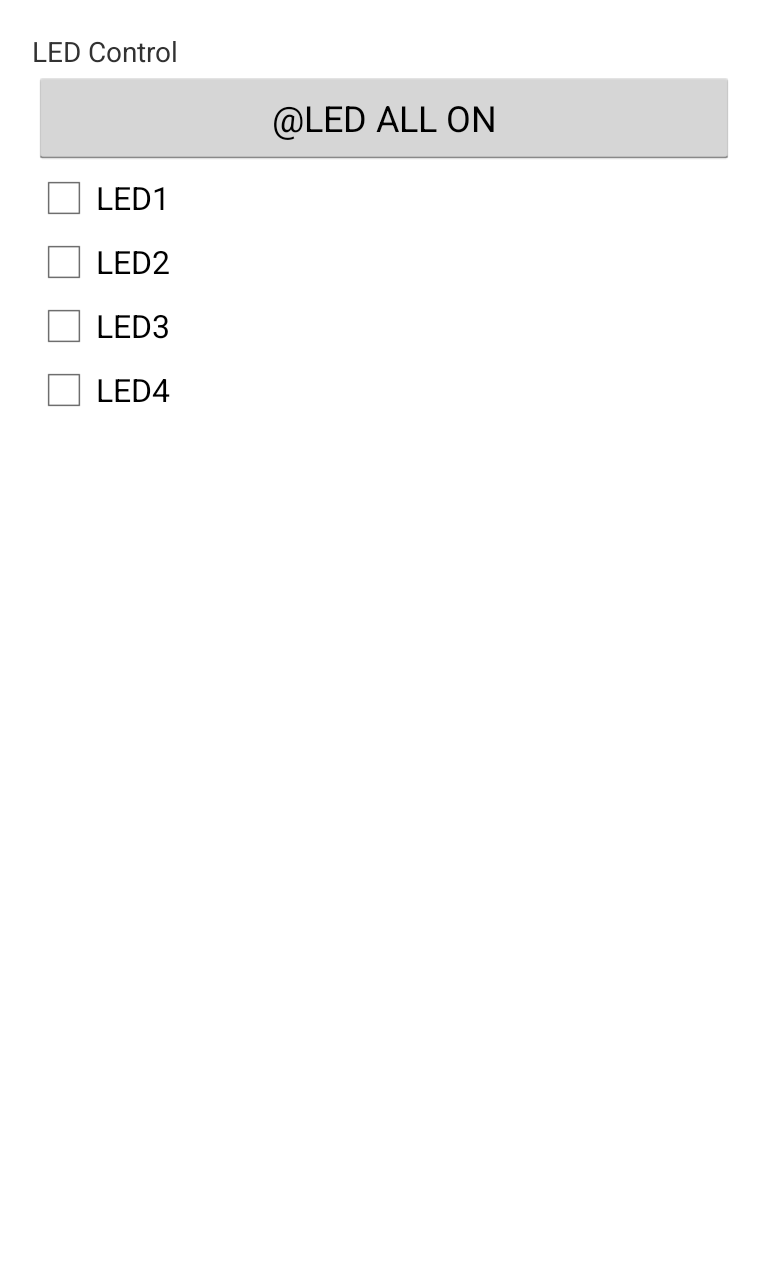
Repository: zgliuyang/android_study
Layout: LedCtrl/res/layout/activity_main.xml
An editor plug-in stored every save of this project. The layout is shown before and after the next save, followed by the edit.
It is drawn on a 768 x 1280 px phone screen (xhdpi) without system bars, with theme AppTheme; the app's code is not run.

Above is the layout before, as saved 2020-05-20 16:31:53.

After the next save:
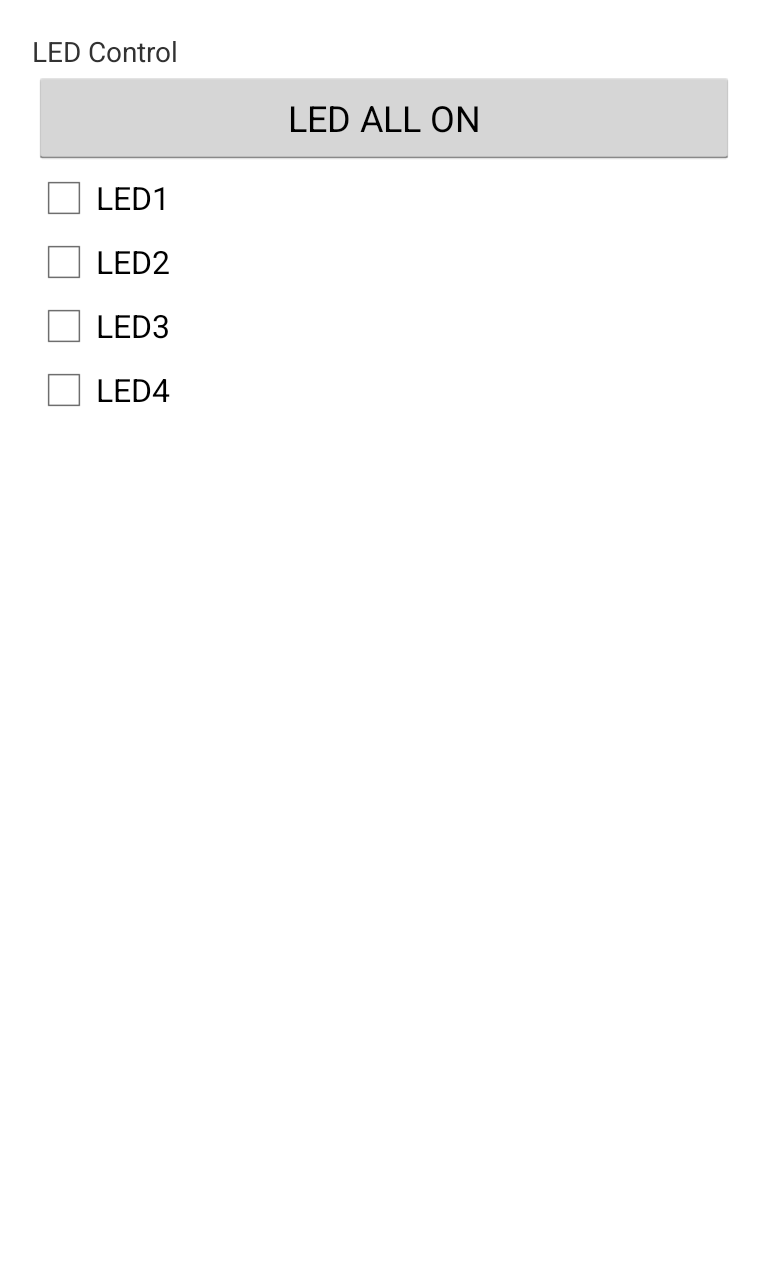
Saved 9 s later.
--- a/LedCtrl/res/layout/activity_main.xml
+++ b/LedCtrl/res/layout/activity_main.xml
@@ -16,7 +16,7 @@
     <Button
         android:layout_width="fill_parent"
         android:layout_height="wrap_content"
-        android:text="@LED ALL ON" />
+        android:text="LED ALL ON" />
     <CheckBox
         android:layout_width="fill_parent"
         android:layout_height="wrap_content"
